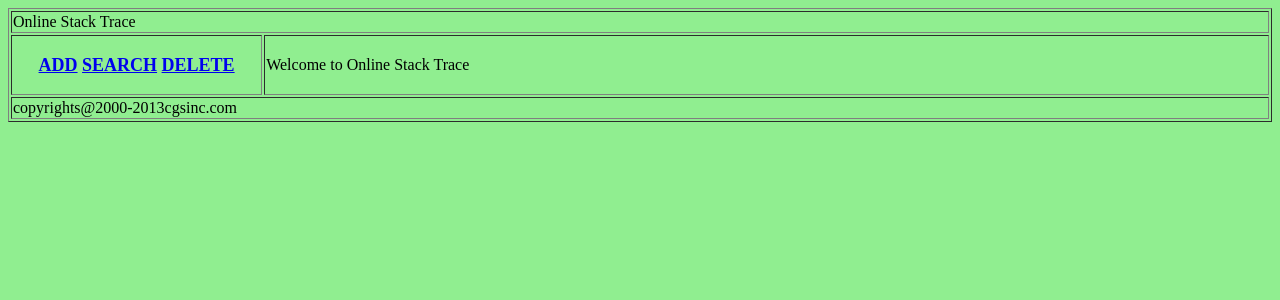
Repository: saxenagau/StrutsApplications
Page: http://localhost/DispatchAction/welcome.do
The author's editor kept a copy of each file at every save. The page is drawn from the files as they stood at one save, then again after the next save.
The browser window is 1280 px wide. The pictures show the whole page.
The page is served by Tomcat 9.

Above is the page before, as saved 2012-07-24 07:15:02.

After the next save:
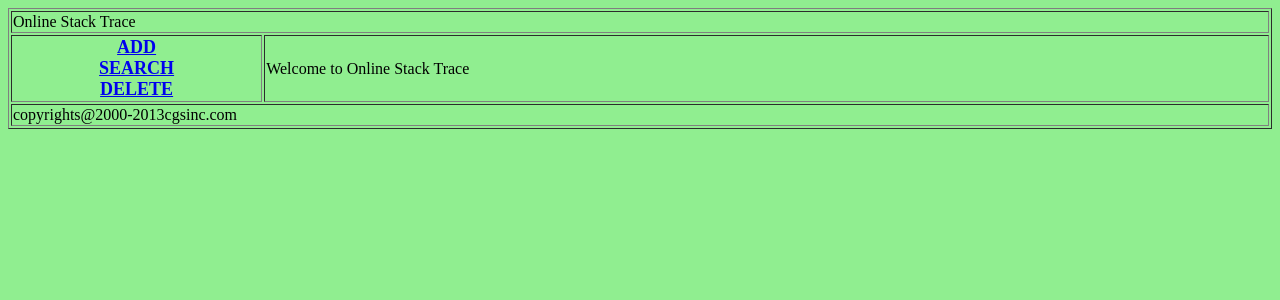
Saved 26 s later.
--- a/BuiltInActions/DispatchAction/WebContent/jsp/menu.jsp
+++ b/BuiltInActions/DispatchAction/WebContent/jsp/menu.jsp
@@ -9,9 +9,9 @@
 </head>
 <body>
 <center><b><font size="4">
-<html:link action="addlink.do" target="body">ADD</html:link>
-<html:link action="searchlink.do" target="body">SEARCH</html:link>
-<html:link action="deletelink.do" target="body">DELETE</html:link>
+<html:link action="addlink.do" target="body">ADD</html:link><br>
+<html:link action="searchlink.do" target="body">SEARCH</html:link><br>
+<html:link action="deletelink.do" target="body">DELETE</html:link><br>
 </font></b></center>
 </body>
 </html:html>
